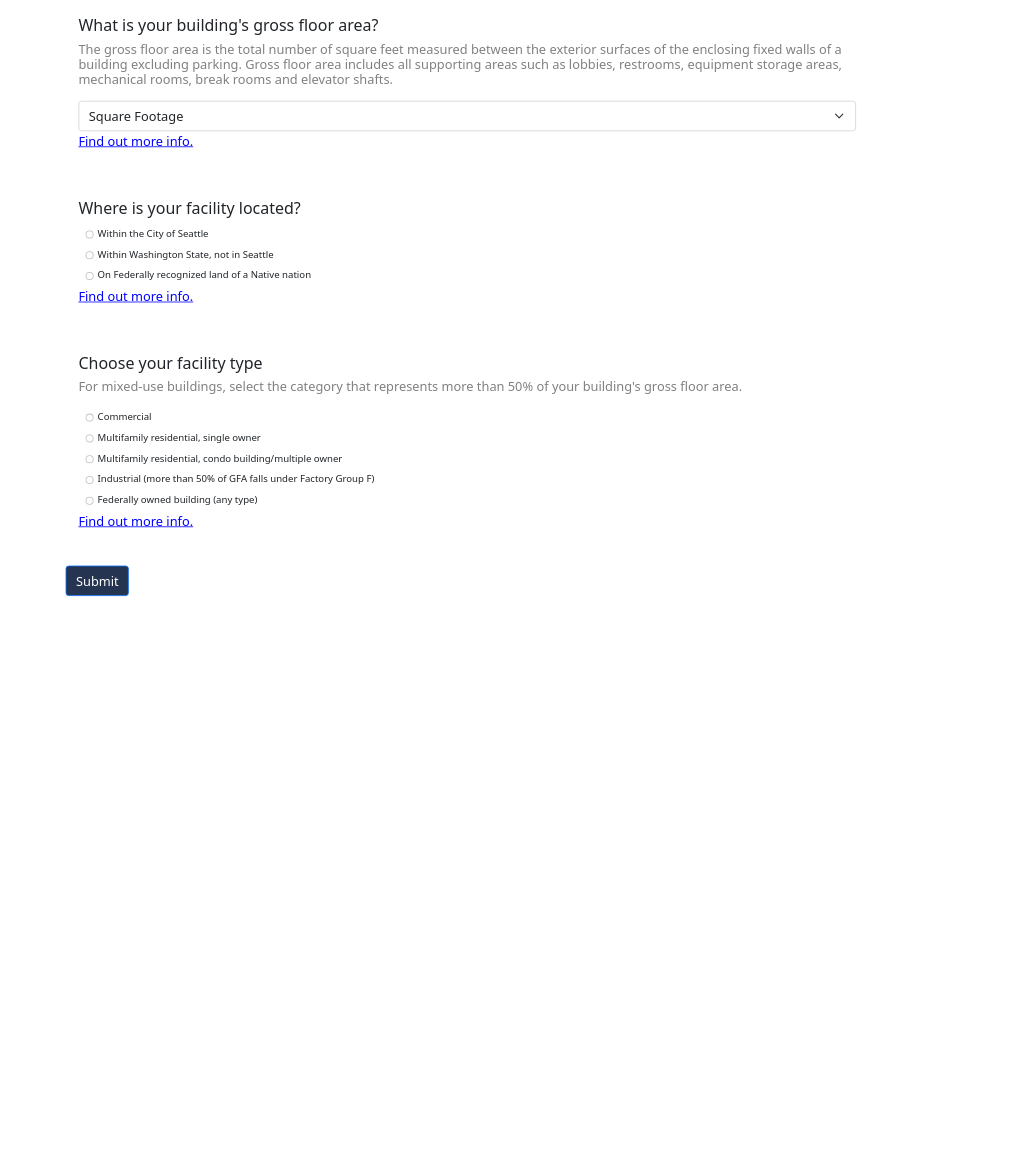
Repository: ChaidGPT/SershonSystemsQuiz
Page: index.html
An editor plug-in stored every save of this project. The page is shown before and after the next save, followed by the edit.
The browser window is 1280 px wide. The pictures show the whole page, at 80% of full size.

Above is the page before, as saved 2023-07-10 09:22:30.

### index.html
<!DOCTYPE html>
<html>

<head>
	<meta charset="utf-8">
	<title>Quiz</title>
	<link rel="stylesheet" href="https://cdn.jsdelivr.net/npm/bootstrap@5.0.2/dist/css/bootstrap.min.css">
	<style>
	.card {
		width: 90%;
        border: none;
	}

	.card-column {
		display: flex;
		flex-direction: column;
		align-items: center;
		max-width: auto;
	}

    .btn {
        color: white;
        background-color: #253551;
    }

	.card-body p {
		font-size: 8;
		color: gray;
		line-height: 1.2;
	}

	.form-check-input[type="radio"] {
        font-size: 10px;
		margin-right: 5px;
    }

    .form-check-label {
        font-size: 12px;
    }

	.form-check {
  display: flex;
  align-items: center;
}

.info-link {
    color: blue;
}

#resultMessage {
  text-align: justify;
}
	</style>
</head>

<body>
	<div id="quizContainer" class="container">
		<!-- Question 1 Card -->
		<div class="card mb-1 mt-1">
			<div class="card-body">
				<h5 class="card-title">What is your building's gross floor area?</h5>
				<p class="card-text">The gross floor area is the total number of square feet measured between the exterior surfaces of the enclosing fixed walls of a building excluding parking. Gross floor area includes all supporting areas such as lobbies, restrooms, equipment storage areas, mechanical rooms, break rooms and elevator shafts.</p>
				<div class="form-group">
					<select id="buildingSize" type="number" class="form-select">
						<option value="">Square Footage</option>
						<option value="under20k">less than 20k square feet</option>
						<option value="20kTo30k">20k - 30k square feet</option>
						<option value="30kTo50k">30k - 50k square feet</option>
						<option value="50kTo70k">50k - 70k square feet</option>
						<option value="70kTo90k">70k - 90k square feet</option>
						<option value="90kTo100k">90k - 100k square feet</option>
						<option value="100kTo200k">100k - 200k square feet</option>
						<option value="200kTo220k">200k - 220k square feet</option>
						<option value="over220k">over 220k square feet</option>
					</select>
				</div>
				<a href="" target="_blank" class="info-link">Find out more info.</a>
			</div>
		</div>
		<!-- Question 1 Card End -->
		<br>
		<!-- Question 2 Card -->
		<div class="card mb-1">
			<div class="card-body">
				<h5 class="card-title">Where is your facility located?</h5>
				<div class="form-check">
					<input type="radio" id="seattle" name="buildingLocation" value="seattle" class="form-check-input">
					<label for="seattle" class="form-check-label">Within the City of Seattle</label>
				</div>
				<div class="form-check">
					<input type="radio" id="washington" name="buildingLocation" value="washington" class="form-check-input">
					<label for="washington" class="form-check-label">Within Washington State, not in Seattle</label>
				</div>
				<div class="form-check">
					<input type="radio" id="native" name="buildingLocation" value="native" class="form-check-input">
					<label for="native" class="form-check-label">On Federally recognized land of a Native nation</label>
				</div>
				<a href="" target="_blank" class="info-link">Find out more info.</a>
			</div>
		</div>
		<!-- Question 2 Card End -->
		<br>
		<!-- Question 3 Card -->
		<div class="card mb-1">
			<div class="card-body">
				<h5 class="card-title">Choose your facility type</h5>
				<p class="card-text">For mixed-use buildings, select the category that represents more than 50% of your building's gross floor area.</p>
				<div class="form-group">
					<div class="form-check">
						<input type="radio" id="commercial" name="facilityType" value="commercial" class="form-check-input">
						<label for="commercial" class="form-check-label">Commercial</label>
					</div>
					<div class="form-check">
						<input type="radio" id="MFsingle" name="facilityType" value="MFsingle" class="form-check-input">
						<label for="MFsingle" class="form-check-label">Multifamily residential, single owner</label>
					</div>
					<div class="form-check">
						<input type="radio" id="MFmultiple" name="facilityType" value="MFmultiple" class="form-check-input">
						<label for="MFmultiple" class="form-check-label">Multifamily residential, condo building/multiple owner</label>
					</div>
					<div class="form-check">
						<input type="radio" id="industrial" name="facilityType" value="industrial" class="form-check-input">
						<label for="industrial" class="form-check-label">Industrial (more than 50% of GFA falls under Factory Group F)</label>
					</div>
					<div class="form-check">
						<input type="radio" id="federal" name="facilityType" value="federal" class="form-check-input">
						<label for="federal" class="form-check-label">Federally owned building (any type)</label>
					</div>
				</div>
				<a href="" target="_blank" class="info-link">Find out more info.</a>
			</div>
		</div>
		<!-- Question 3 Card End -->
		<br>
		<button id="submitBtn" type="submit" class="btn btn-primary">Submit</button>
	</div>

	<div id="resultContainer" class="container d-flex align-items-center justify-content-center fade" style="height: 100vh; display: none;">
		<div class="text-center">
		  <p id="resultMessage"></p>
		</div>
	  </div>

	<script src="https://cdn.jsdelivr.net/npm/bootstrap@5.0.2/dist/js/bootstrap.bundle.min.js"></script>
	<script>

var messageTable = {

      '20kTo30k-seattle-commercial': '8',
      '20kTo30k-seattle-MFsingle': '14',
      '20kTo30k-seattle-MFmultiple': '19',
      '20kTo30k-washington-commercial': '23',
      '20kTo30k-washington-MFsingle': '23',
      '20kTo30k-washington-MFmultiple': '9',

      '30kTo50k-seattle-commercial': '7',
      '30kTo50k-seattle-MFsingle': '13',
      '30kTo50k-seattle-MFmultiple': '18',
      '30kTo50k-washington-commercial': '23',
      '30kTo50k-washington-MFsingle': '23',
      '30kTo50k-washington-MFmultiple': '9',

      '50kTo70k-seattle-commercial': '6',
      '50kTo70k-seattle-MFsingle': '12',
      '50kTo70k-seattle-MFmultiple': '17',
      '50kTo70k-washington-commercial': '22',
      '50kTo70k-washington-MFsingle': '23',
      '50kTo70k-washington-MFmultiple': '9',

      '70kTo90k-seattle-commercial': '5',
      '70kTo90k-seattle-MFsingle': '12',
      '70kTo90k-seattle-MFmultiple': '17',
      '70kTo90k-washington-commercial': '22',
      '70kTo90k-washington-MFsingle': '23',
      '70kTo90k-washington-MFmultiple': '9',

      '90kTo100k-seattle-commercial': '4',
      '90kTo100k-seattle-MFsingle': '11',
      '90kTo100k-seattle-MFmultiple': '16',
      '90kTo100k-washington-commercial': '21',
      '90kTo100k-washington-MFsingle': '23',
      '90kTo100k-washington-MFmultiple': '9',

      '100kTo200k-seattle-commercial': '3',
      '100kTo200k-seattle-MFsingle': '11',
      '100kTo200k-seattle-MFmultiple': '16',
      '100kTo200k-washington-commercial': '21',
      '100kTo200k-washington-MFsingle': '23',
      '100kTo200k-washington-MFmultiple': '9',

      '200kTo220k-seattle-commercial': '2',
      '200kTo220k-seattle-MFsingle': '11',
      '200kTo220k-seattle-MFmultiple': '16',
      '200kTo220k-washington-commercial': '21',
      '200kTo220k-washington-MFsingle': '23',
      '200kTo220k-washington-MFmultiple': '9',

      'over220k-seattle-commercial': '<b>Seattle Energy Benchmarking</b><br>\
    <ul>\
      <li>Oct 1st, 2023, then annually on June 1st</li>\
    </ul>\
    <b>WA Clean Buildings Performance Standard</b><br>\
    <ul>\
      <li>June 1st, 2024: last date to start 24-month data collection window</li>\
      <li>June 1st, 2025: energy management plan must be implemented</li>\
      <li>June 1st, 2026 compliance deadline, and every 5 years thereafter</li>\
    </ul>\
    <b>Seattle Building Emissions Performance Standard</b><br>\
    <ul>\
      <li>Oct 1st, 2027: reporting deadline</li>\
      <li>Oct 1st, 2031: compliance deadline</li>\
      <li>Every 5 years, achieving net zero emissions Oct 1st, 2041</li>\
    </ul>',
      'over220k-seattle-MFsingle': '10',
      'over220k-seattle-MFmultiple': '5',
      'over220k-washington-commercial': '20',
      'over220k-washington-MFsingle': '23',
      'over220k-washington-MFmultiple': '9',
    };

    document.querySelector("#submitBtn").addEventListener("click", function(event) {
  event.preventDefault();

  var DD = document.querySelector('#buildingSize').value;
  var R1 = document.querySelector('input[name="buildingLocation"]:checked').value;
  var R2 = document.querySelector('input[name="facilityType"]:checked').value;

  // Check to see if the user chose a square footage
  if (DD === '') {
    alert("Please select a square footage option.");
    return
  }

  var combination = DD + '-' + R1 + '-' + R2;

  // Check if the combination contains specific values
  if (R1 === 'native' || R2 === 'federal' || R2 === 'industrial' || DD === 'under20k') {
    var message = 'Bulk Answer 9';
  } else {
    // Retrieve the message from the message table using the combination key
    var message = messageTable[combination] || 'Default message';
  }

  // Hide the quiz container with fade animation
  var quizContainer = document.getElementById('quizContainer');
  quizContainer.classList.add('fade');
  setTimeout(function() {
    quizContainer.style.display = 'none';
    quizContainer.classList.remove('fade');
  }, 500); // Adjust the delay (in milliseconds) to match the animation duration

  // Display the result container with fade animation
  var resultContainer = document.getElementById('resultContainer');
  resultContainer.style.display = 'flex';
  document.getElementById('resultMessage').innerHTML = message;
  resultContainer.classList.add('show');
});
</script>

</body>

</html>

After the next save:
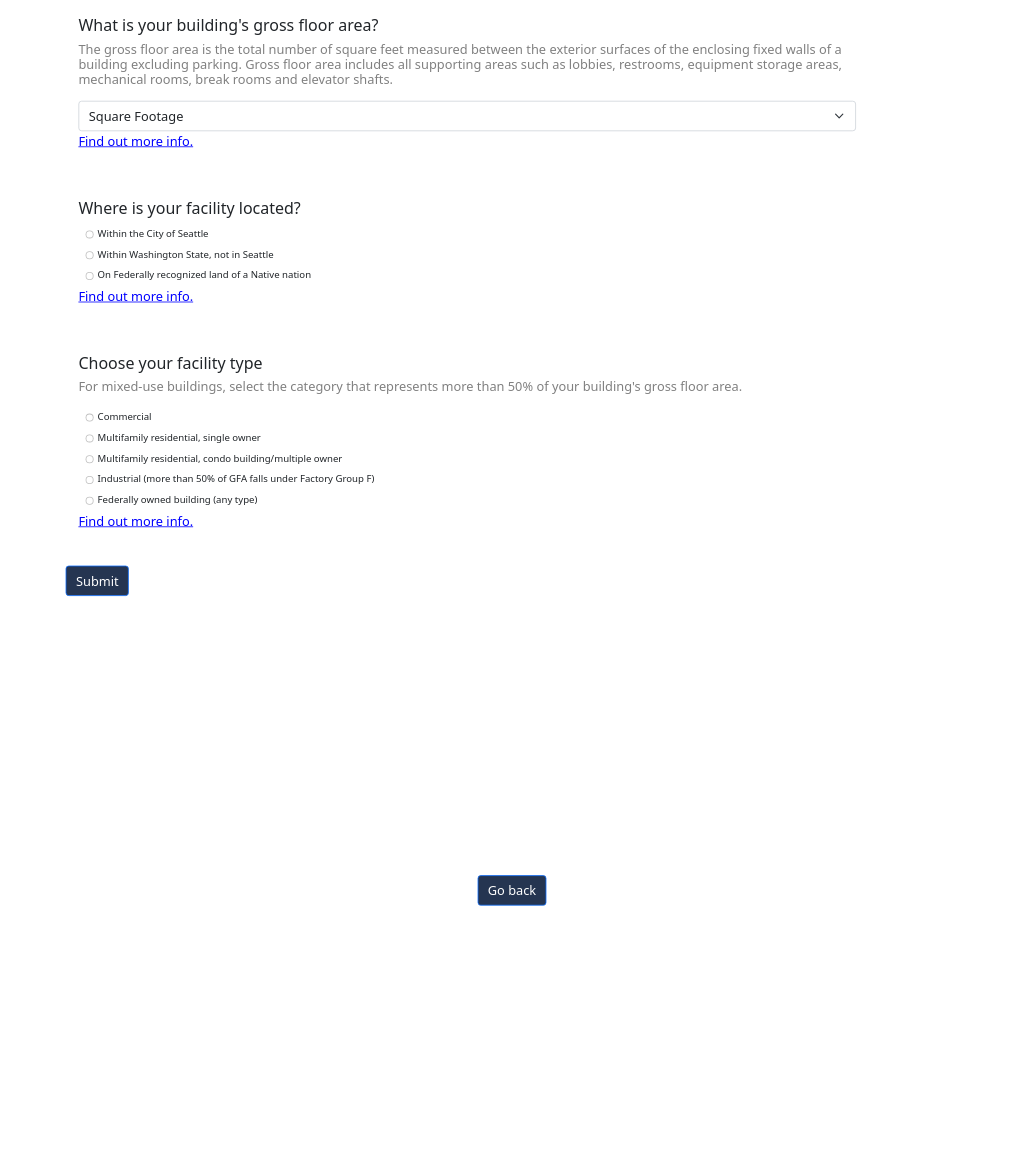
Saved 2 min 44 s later.
--- a/index.html
+++ b/index.html
@@ -135,11 +135,12 @@
 		<button id="submitBtn" type="submit" class="btn btn-primary">Submit</button>
 	</div>
 
-	<div id="resultContainer" class="container d-flex align-items-center justify-content-center fade" style="height: 100vh; display: none;">
-		<div class="text-center">
-		  <p id="resultMessage"></p>
-		</div>
-	  </div>
+	<div id="resultContainer" class="container d-flex align-items-center justify-content-center" style="height: 100vh; display: none;">
+    <div class="text-center">
+      <p id="resultMessage" class="fade"></p>
+      <button id="goBackBtn" type="submit" class="btn btn-primary">Go back</button>
+    </div>
+  </div>
 
 	<script src="https://cdn.jsdelivr.net/npm/bootstrap@5.0.2/dist/js/bootstrap.bundle.min.js"></script>
 	<script>
